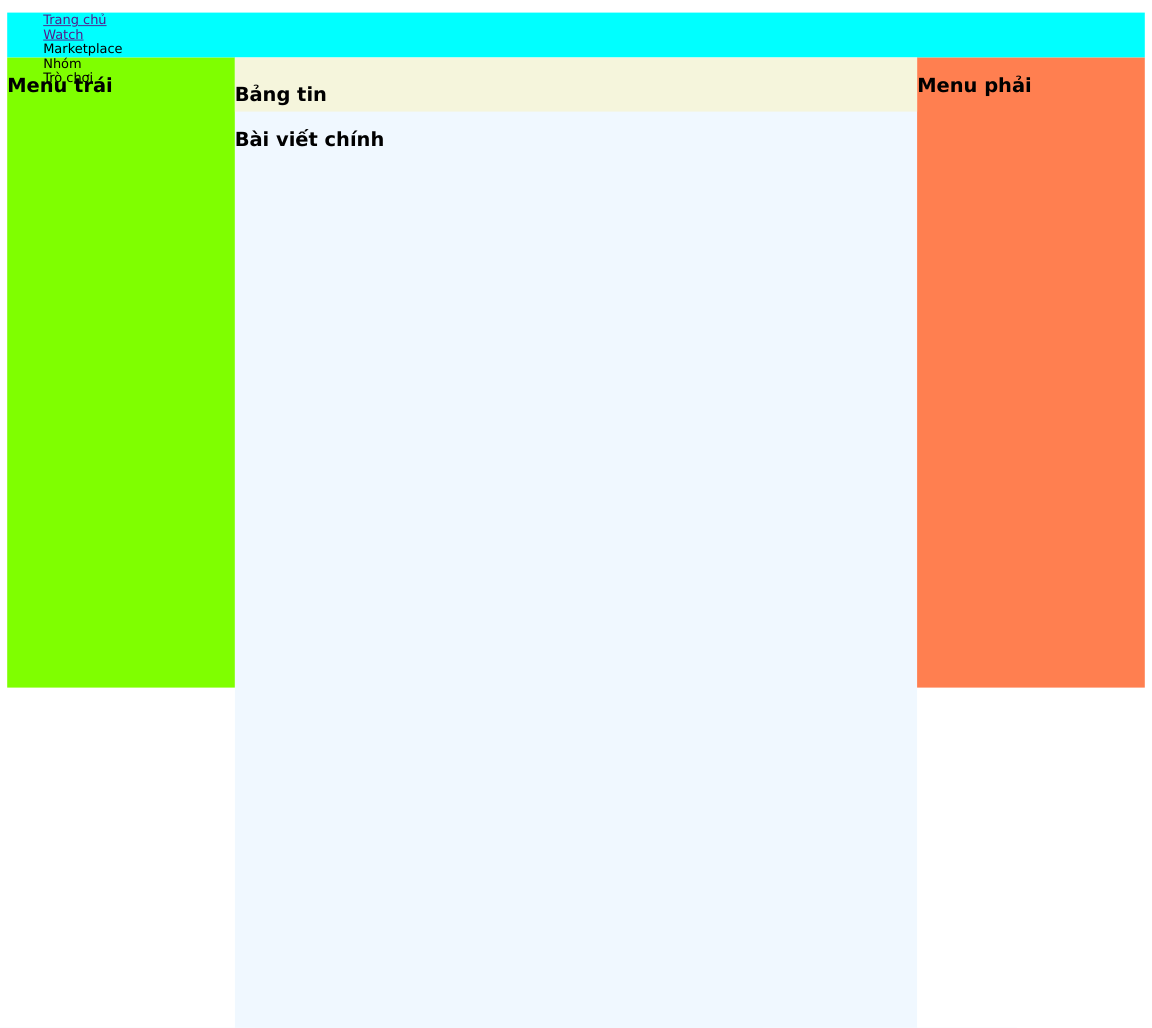
Repository: congle98/CSS_LayoutFacebookCoBan
Page: index.html
The author's editor kept a copy of each file at every save. The page is drawn from the files as they stood at one save, then again after a run of saves.
The browser window is 1280 px wide. The pictures show the whole page, at 90% of full size.

Above is the page before, as saved 2021-05-26 15:42:29.

### index.html
<!DOCTYPE html>
<html lang="en">
<head>
    <meta charset="UTF-8">
    <meta http-equiv="X-UA-Compatible" content="IE=edge">
    <meta name="viewport" content="width=device-width, initial-scale=1.0">
    <title>Document</title>
    <style>
        body {
            font-family: Verdana,sans-serif;
            font-size: 0.9em;
        }
        header{
            top: 0px;
            background-color: cyan;
            width: 100%;
            height: 50px;

        }
        #sidebar-left{
            width: 20%;

            float: left;
            background-color: chartreuse;
            height: 700px;
        }
        section{
            float: left;
            width: 60%;
            background-color:aliceblue;
        }
        #sidebar-right{
            float: right;
            width: 20%;
            background-color:coral;
            height: 700px;
        }
        #article-1{
            padding-top: 10px;
            position:relative;
            height: 50px;
            background-color:beige;
        }
        #article-2{
            position:relative;
            height: 1000px;
        }
        li{
            display: block;
        text-decoration:none;
        }
        nav ul li

    </style>
</head>
<body>
    <header>
        <nav>
            <ul>
                <li><a href="">Trang chủ</a></li>
                <li><a href="">Watch</a></li>
                <li><a href=""></a>Marketplace</li>
                <li>Nhóm</li>
                <li>Trò chơi</li>
            </ul>
        </nav>
    </header>
    <div id="sidebar-left">
        <h2>Menu trái</h2>
    </div>
    <section>
        <article id="article-1">
            <h2>Bảng tin</h2>
        </article>
        <article id="article-2">
            <h2>Bài viết chính</h2>
        </article>
    </section>
    <div id="sidebar-right">
        <h2>Menu phải</h2>
    </div>
</body>
</html>

After the next 8 saves:
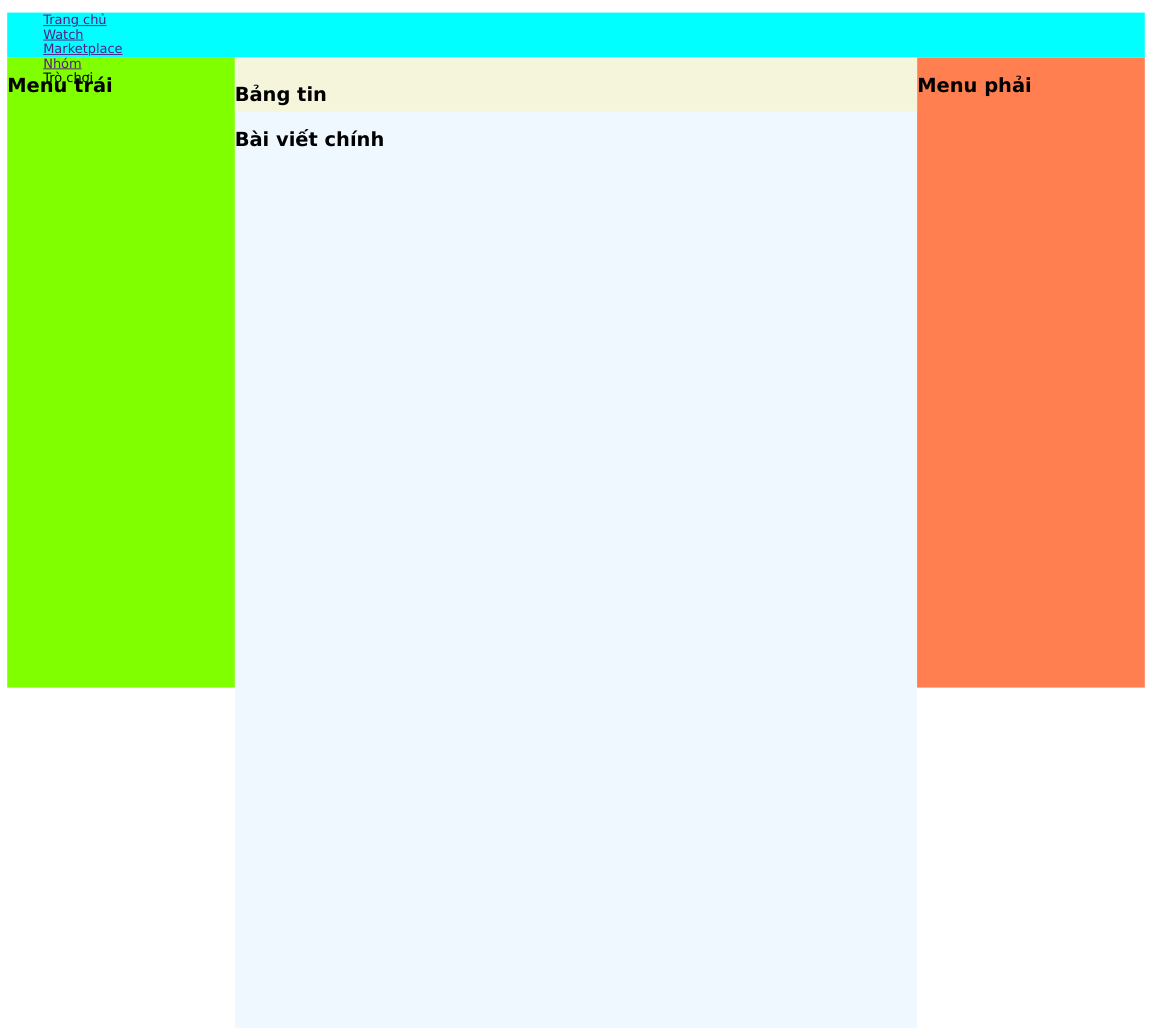
The 8 saves are shown as one change because they came seconds apart.
The last was saved 17 s later.
--- a/index.html
+++ b/index.html
@@ -59,9 +59,9 @@
             <ul>
                 <li><a href="">Trang chủ</a></li>
                 <li><a href="">Watch</a></li>
-                <li><a href=""></a>Marketplace</li>
-                <li>Nhóm</li>
-                <li>Trò chơi</li>
+                <li><a href="">Marketplace</a></li>
+                <li><a href="">Nhóm</a></li>
+                <li><a href=""></a>Trò chơi</li>
             </ul>
         </nav>
     </header>
